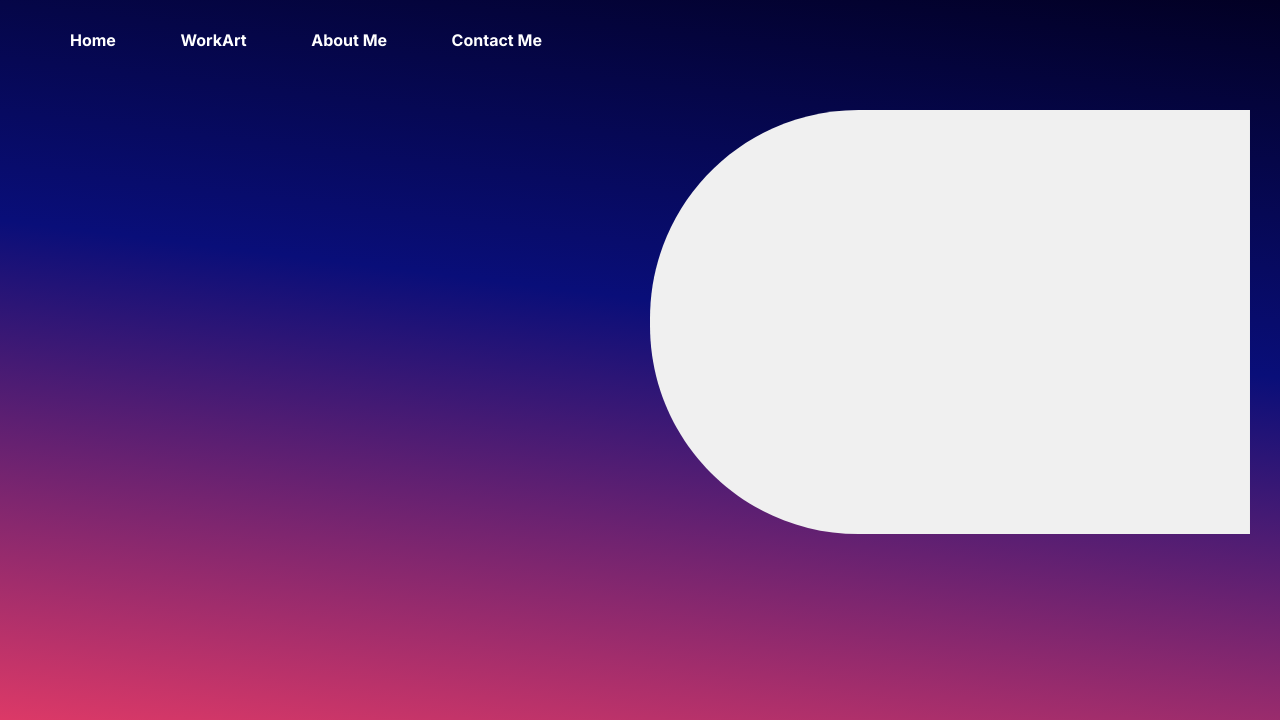
Repository: sius012/DiWorkbench
Page: index.html
These files come from the project's save history. The page is drawn as it stood at one moment and after a run of saves; the edit follows.
The browser window is 1280 px wide. The pictures show the whole page.

Above is the page before, as saved 2023-04-06 21:03:54.

### index.html
<!DOCTYPE html>
<html lang="en">
<head>
    <meta charset="UTF-8">
    <meta http-equiv="X-UA-Compatible" content="IE=edge">
    <meta name="viewport" content="width=device-width, initial-scale=1.0">
    <title>Document</title>
    <link href="https://fonts.googleapis.com/css2?family=Inter:wght@400;500;600;700;800;900&display=swap" rel="stylesheet">
    <style>
      *{
        font-family: 'Inter', sans-serif;
        margin:0px;
      }

      body{
        background: rgb(2,0,36);
        background: linear-gradient(187deg, rgba(2,0,36,1) 0%, rgba(9,14,121,1) 43%, rgba(220,57,103,1) 100%, rgba(12,10,124,1) 100%);
        height: 100vh;
      }

      .nav-cont li{
        display: inline-block;
      }

      .nav-cont li a{
        padding: 30px;
        display: block;
        text-decoration: none;
        color: white;
        font-weight: bold;
      }

      .nav-cont{
        list-style-type: none;
        margin: 0px;
      }

      .link-nav:hover{
        background-color: rgba(159, 159, 159, 0.349);
      }

      .container img{
        float: right;
        width: 600px;
        margin: 30px;
      }

    </style>
</head>
<body>
  <nav>
    <ul class="nav-cont">
      <li><a href="" class="link-nav">Home </a></li>
      <li><a href="" class="link-nav">WorkArt</a></li>
      <li><a href="" class="link-nav">About Me</a></li>
      <li><a href="" class="link-nav">Contact Me</a></li>
    </ul>
    <div class="container">
      <img src="asset/image/rounded_frame.svg" alt="">
    </div>
  </nav>
</body>
</html>

After the next 2 saves:
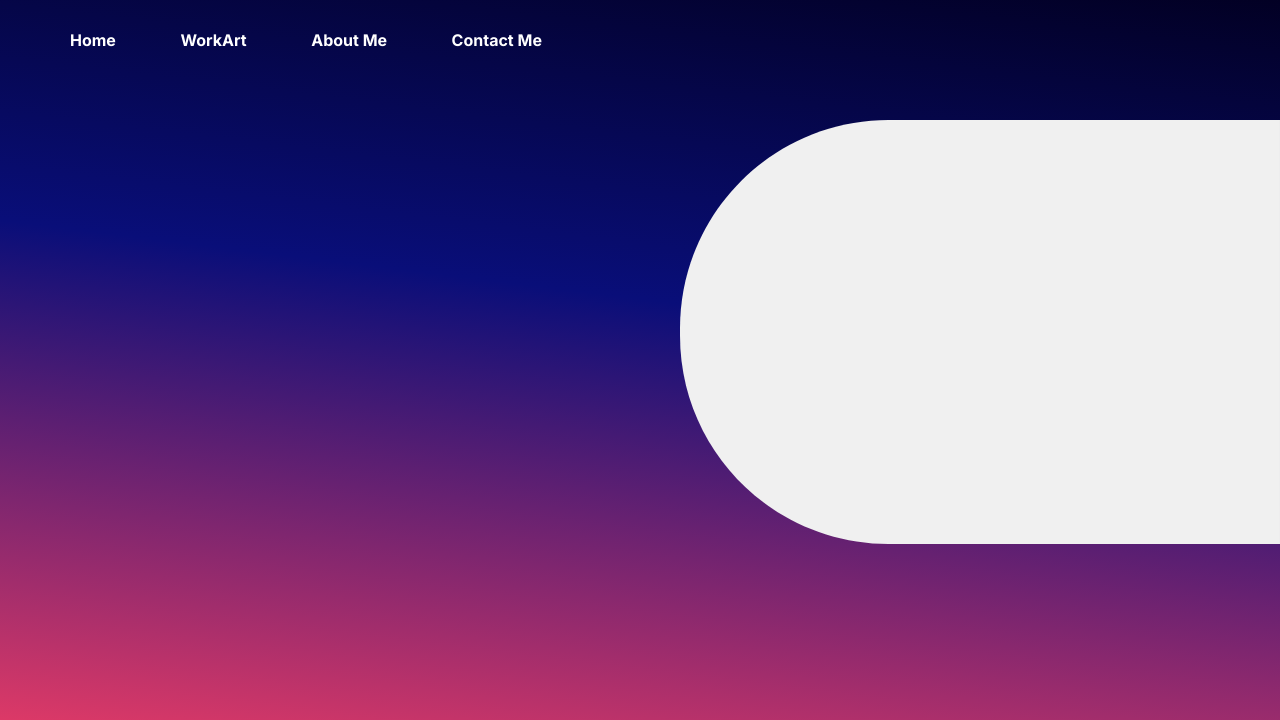
The 2 saves are shown as one change because they came seconds apart.
The last was saved 6 s later.
--- a/index.html
+++ b/index.html
@@ -42,7 +42,7 @@
       .container img{
         float: right;
         width: 600px;
-        margin: 30px;
+        margin-top: 40px;
       }
 
     </style>
